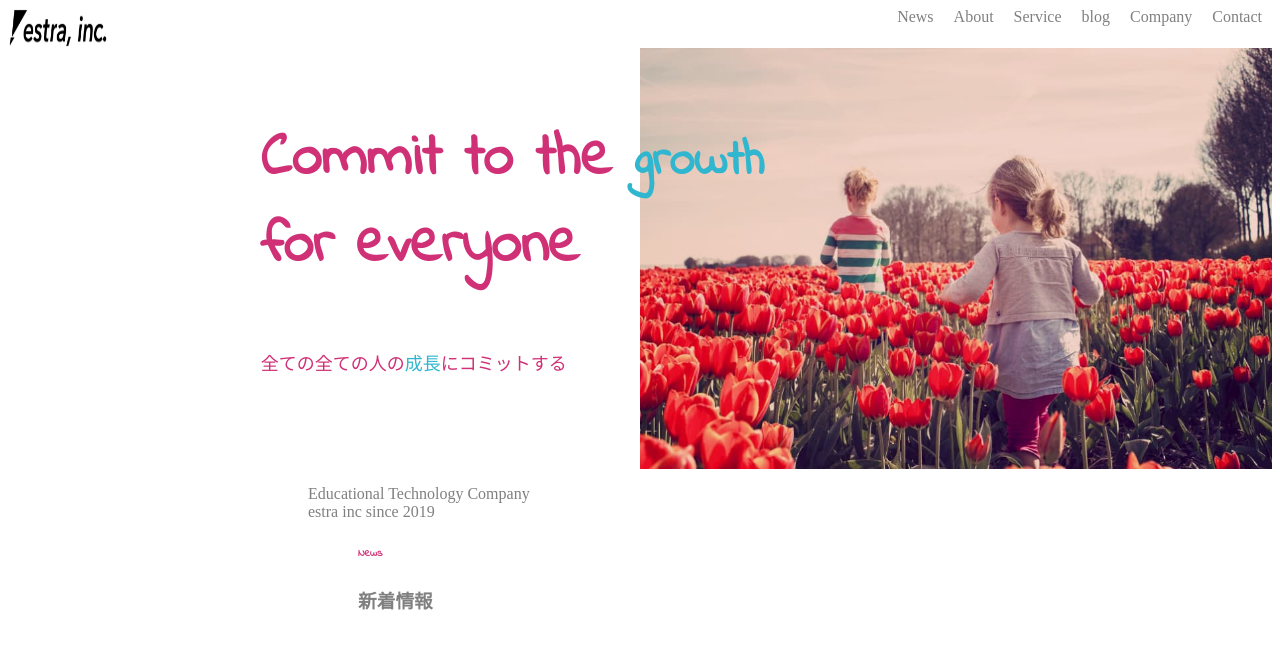
Repository: sigemasaasuka/20210902
Page: index.html
An editor plug-in stored every save of this project. The page is shown before and after a run of saves, followed by the edit.
The browser window is 1280 px wide. The pictures show the whole page.

Above is the page before, as saved 2021-09-08 21:14:46.

After the next 2 saves:
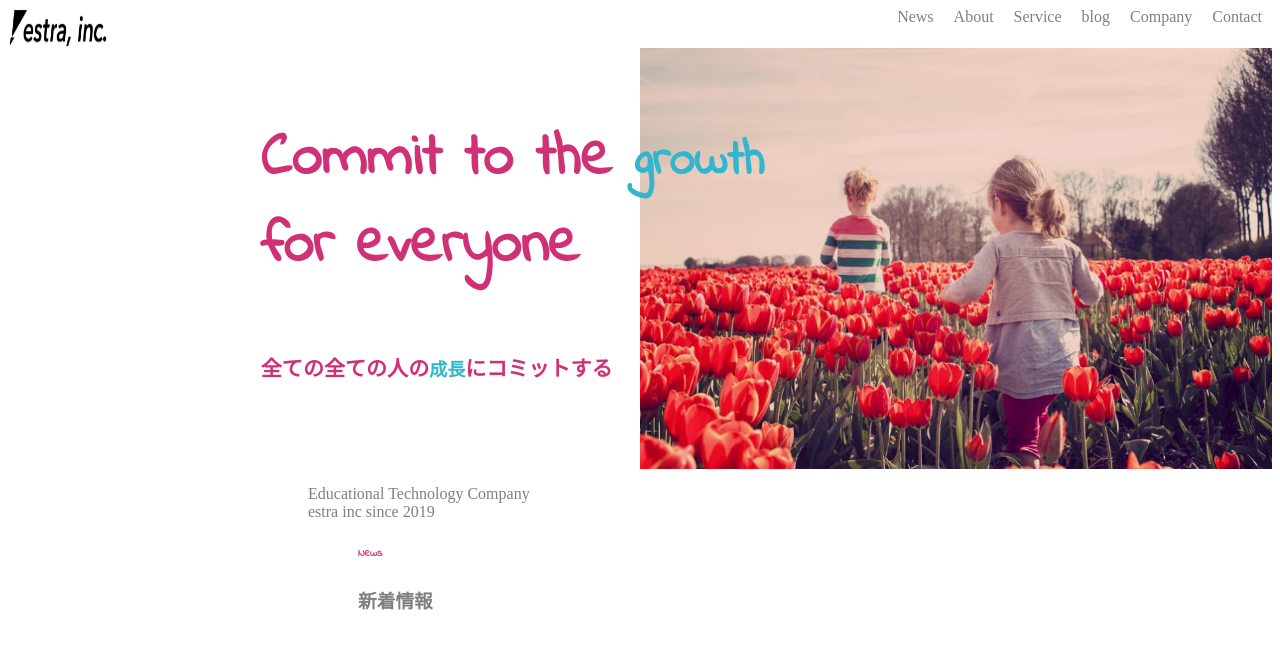
The 2 saves are shown as one change because they came seconds apart.
The last was saved 35 s later.
--- a/index.html
+++ b/index.html
@@ -29,7 +29,7 @@
     <div class="example">
       <h1>Commit to the <span class="document"> growth</span> <br>for everyone</h1>
       <div class="example-txt">
-        <p>全ての全ての人の<span class="document-txt">成長</span>にコミットする</p>
+        <h3>全ての全ての人の<span class="document-txt">成長</span>にコミットする</p>
       </div>
     </div>
     <p class="subtitle">Educational Technology Company<br>estra inc since 2019</p>
